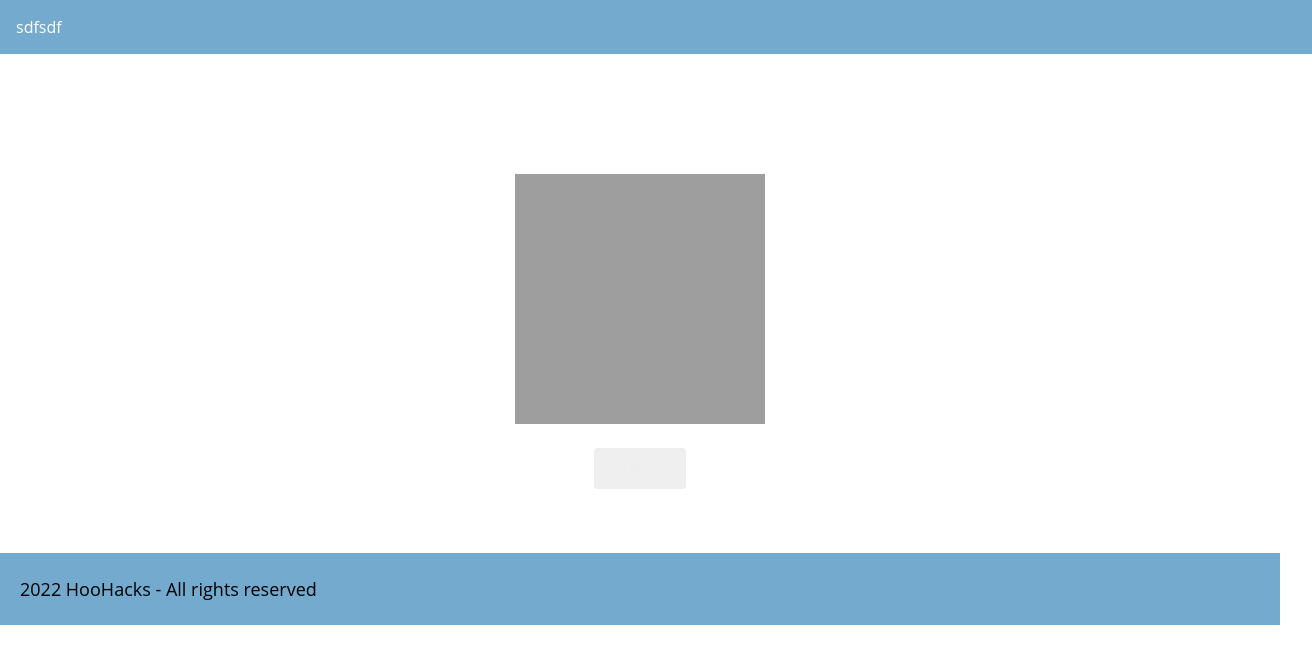
Repository: jennyjjung/H2ODaily
Page: index.html
An editor plug-in stored every save of this project. The page is shown before and after the next save, followed by the edit.
The browser window is 1280 px wide. The page is 1312 px wide, so the pictures cover 1312 px, including what lies to the right of the window. The pictures show the whole page.
Pictures or frames that could not be fetched are drawn as grey boxes.

Above is the page before, as saved 2022-03-26 14:52:58.

After the next save:
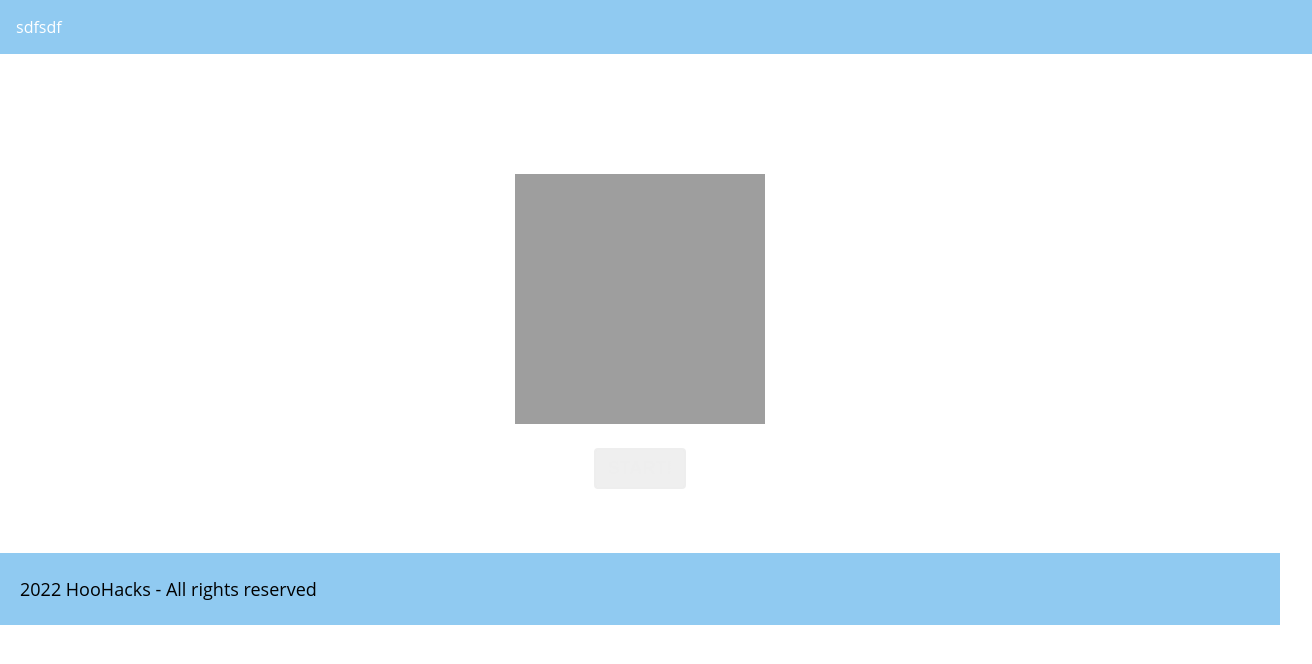
Saved 29 s later.
--- a/style.css
+++ b/style.css
@@ -9,7 +9,7 @@
   --color-dark-grey: #4d4d4d;
   --color-grey: #616161;
   --color-light-grey: #7c7979;
-  --color-blue: #73aace;
+  --color-blue: #90caf1;
   --color-yellow: #fff7d1;
   --color-orange: #feb546;
   --color-black: #000000;
